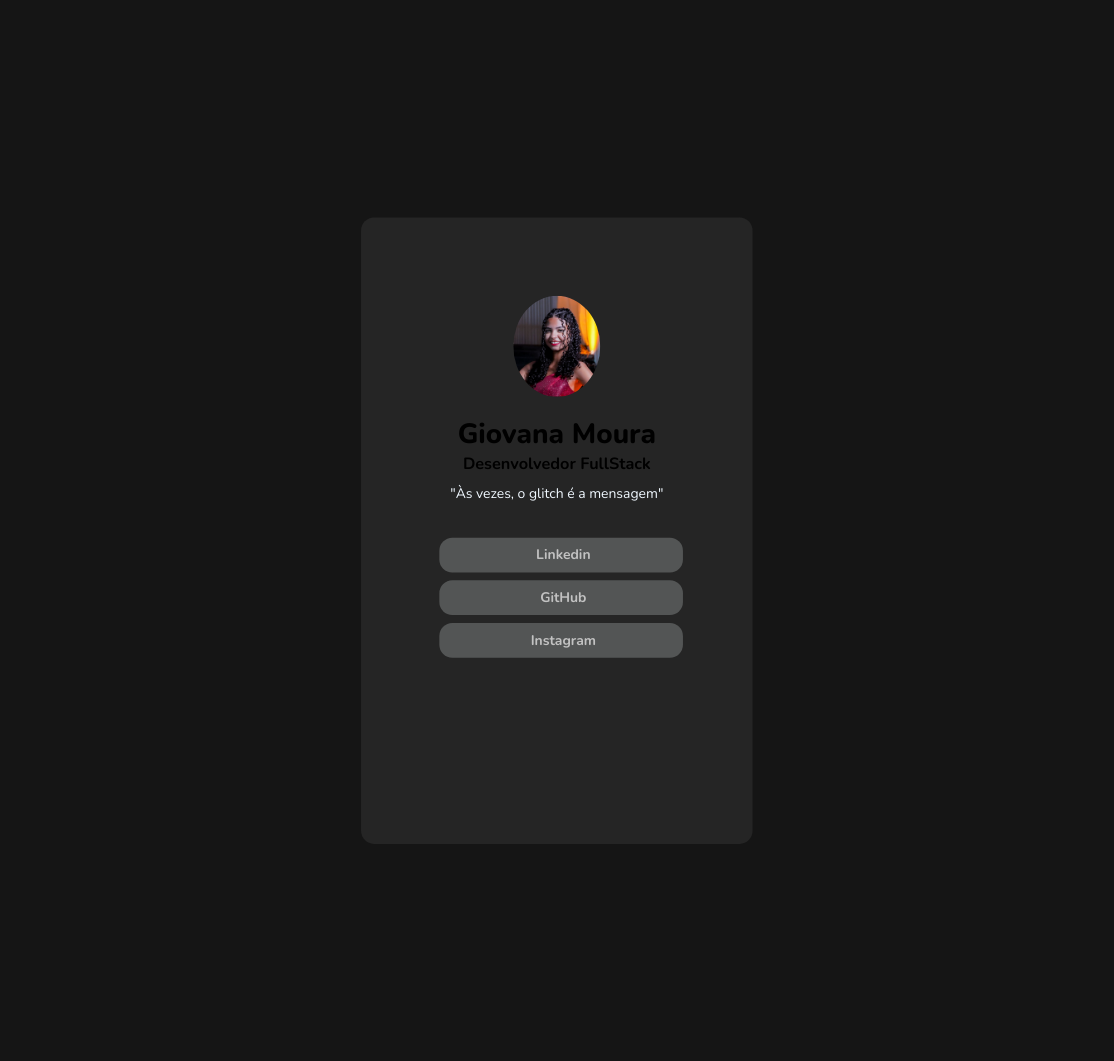
Repository: gimoli/linktree-giovana
Page: index.html
An editor plug-in stored every save of this project. The page is shown before and after the next save, followed by the edit.
The browser window is 1280 px wide. The pictures show the whole page, at 87% of full size.
Some icons come from a web library that is not loaded, so they are not drawn.

Above is the page before, as saved 2025-04-11 11:10:02.

After the next save:
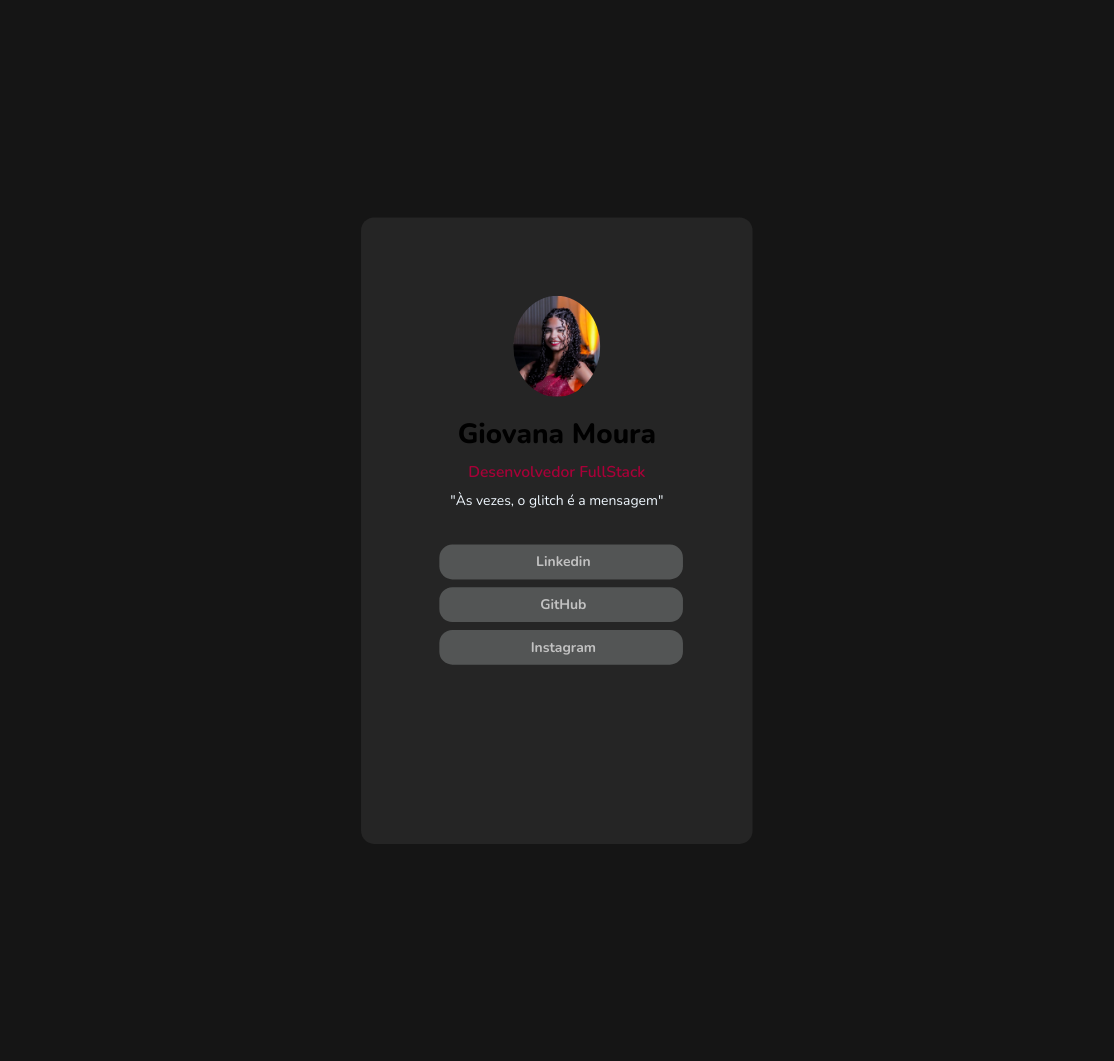
Saved 3 min 5 s later.
--- a/style.css
+++ b/style.css
@@ -35,7 +35,7 @@ body {
     font-weight: 800;
 }
 
-.container-infos h2{
+.container-infos h3{
   color: #a80038;
     margin-top: 10px;
     margin-bottom: px;
